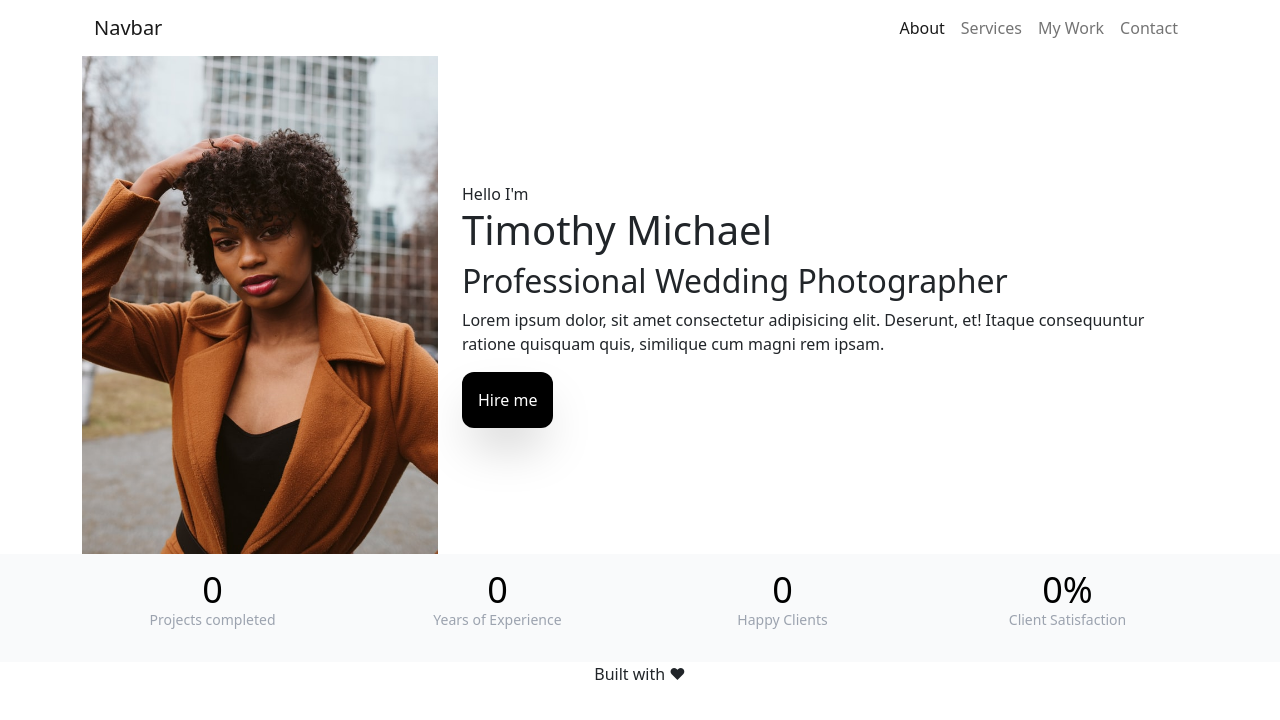
Repository: latenightsnacc/giggles
Page: HTML/freelancer.html
An editor plug-in stored every save of this project. The page is shown before and after the next save, followed by the edit.
The browser window is 1280 px wide. The pictures show the whole page.
Some web libraries are served in a nearby version.

Above is the page before, as saved 2021-01-03 15:06:36.

### HTML/freelancer.html
<!DOCTYPE html>
<html lang="en">
<head>
    <meta charset="UTF-8">
    <meta name="viewport" content="width=device-width, initial-scale=1.0">
    <link href="https://cdnjs.cloudflare.com/ajax/libs/tailwindcss/2.0.2/tailwind.min.css" rel="stylesheet">
    <link rel="stylesheet" href="https://stackpath.bootstrapcdn.com/font-awesome/4.7.0/css/font-awesome.min.css" />
    <link href="https://cdn.jsdelivr.net/npm/bootstrap@5.0.0-beta1/dist/css/bootstrap.min.css" rel="stylesheet" integrity="sha384-giJF6kkoqNQ00vy+HMDP7azOuL0xtbfIcaT9wjKHr8RbDVddVHyTfAAsrekwKmP1" crossorigin="anonymous">
    <title>Freelancer Page</title>
</head>
<body>
    <header class="container">
        <nav class="navbar navbar-expand-lg navbar-light bg-white">
            <div class="container-fluid">
              <a class="navbar-brand" href="#">Navbar</a>
              <button class="navbar-toggler" type="button" data-bs-toggle="collapse" data-bs-target="#navbarNavDropdown" aria-controls="navbarNavDropdown" aria-expanded="false" aria-label="Toggle navigation">
                <span class="navbar-toggler-icon"></span>
              </button>
              <div class="collapse navbar-collapse" id="navbarNavDropdown">
                <ul class="navbar-nav ml-auto">
                  <li class="nav-item">
                    <a class="nav-link active" aria-current="page" href="#">About</a>
                  </li>
                  <li class="nav-item">
                    <a class="nav-link" href="#">Services</a>
                  </li>
                  <li class="nav-item">
                    <a class="nav-link" href="#">My Work</a>
                  </li>
                  <li class="nav-item">
                    <a class="nav-link" href="#">Contact</a>
                  </li>
                  <!-- <li class="nav-item dropdown">
                    <a class="nav-link dropdown-toggle" href="#" id="navbarDropdownMenuLink" role="button" data-bs-toggle="dropdown" aria-expanded="false">
                      Dropdown link
                    </a>
                    <ul class="dropdown-menu" aria-labelledby="navbarDropdownMenuLink">
                      <li><a class="dropdown-item" href="#">Action</a></li>
                      <li><a class="dropdown-item" href="#">Another action</a></li>
                      <li><a class="dropdown-item" href="#">Something else here</a></li>
                    </ul>
                  </li> -->
                </ul>
              </div>
            </div>
        </nav>
    </header>
    <main>
        <div class="container">
            <div class="row flex items-center h-auto">
                <div class="col-sm-12 col-md-4 col-lg-4 col-xl-4">
                    <img src="assets/userDp.jpg" alt="Profile Picture">
                </div>
                <div class="col-sm-12 col-md-8 col-lg-8 col-xl-8">
                    <div class="user-info">
                        <span>Hello I'm</span>
                        <h1>Timothy Michael</h1>
                        <h2>Professional Wedding Photographer</h2>
                        <p>Lorem ipsum dolor, sit amet consectetur adipisicing elit. Deserunt, et! Itaque consequuntur ratione quisquam quis, similique cum magni rem ipsam.</p>
                        <button class="bg-black text-white p-3 semi-bold rounded-xl shadow-2xl">Hire me</button>
                    </div>
                </div>
            </div>
        </div>
        <!--User Statisitics-->
        <div class="stats w-full bg-gray-50 flex items-center h-auto py-3">
            <div class="container">
                <div class="row">
                    <div class="stat-box col text-center">
                        <div class="bold text-4xl text-black">0</div>
                        <p class="text-sm text-gray-400">Projects completed</p>

                    </div>
                    <div class="stat-box col text-center">
                        <div class="bold text-4xl text-black">0</div>
                        <p class="text-sm text-gray-400">Years of Experience</p>
                    </div>
                    <div class="stat-box col text-center">
                        <div class="bold text-4xl text-black">0</div>
                        <p class="text-sm text-gray-400">Happy Clients</p>
                    </div>
                    <div class="stat-box col text-center">
                        <div class="bold text-4xl text-black">0%</div>
                        <p class="text-sm text-gray-400">Client Satisfaction</p>
                    </div>
                </div>
            </div>
        </div>
    </main>
    <footer class="text-center">Built with &hearts; </footer>
    <script src="https://cdn.jsdelivr.net/npm/bootstrap@5.0.0-beta1/dist/js/bootstrap.bundle.min.js" integrity="sha384-ygbV9kiqUc6oa4msXn9868pTtWMgiQaeYH7/t7LECLbyPA2x65Kgf80OJFdroafW" crossorigin="anonymous"></script>

</body>
</html>

After the next save:
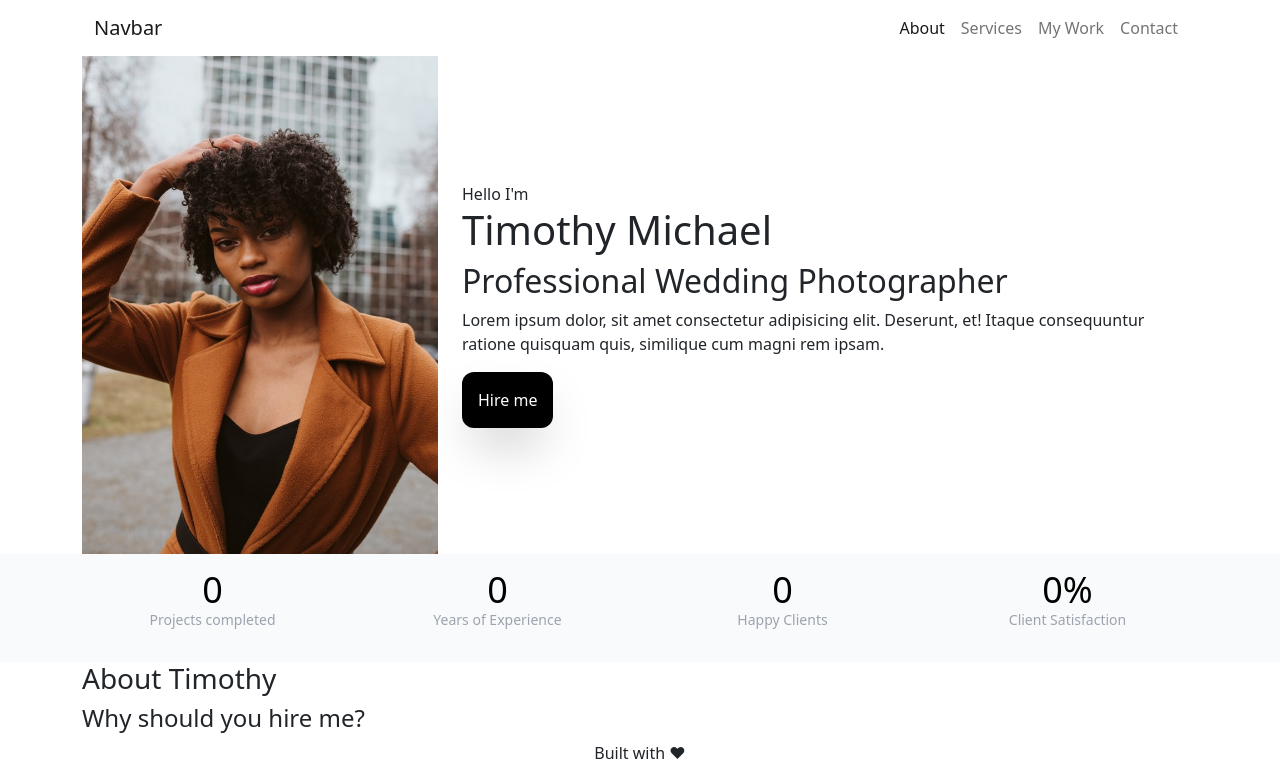
Saved 117 s later.
--- a/HTML/freelancer.html
+++ b/HTML/freelancer.html
@@ -46,6 +46,7 @@
         </nav>
     </header>
     <main>
+        <!--User Banner-->
         <div class="container">
             <div class="row flex items-center h-auto">
                 <div class="col-sm-12 col-md-4 col-lg-4 col-xl-4">
@@ -86,6 +87,16 @@
                 </div>
             </div>
         </div>
+        <!--About User-->
+        <div class="container">
+            <div class="row">
+                <div class="col-sm-12 col-md-6 col-lg-4 col-xl-4">
+                    <h3>About Timothy</h3>
+                    <h4>Why should you hire me?</h4>
+                </div>
+                <div class="col-sm-12 col-md-6 col-lg-8 col-xl-8"></div>
+            </div>
+        </div>
     </main>
     <footer class="text-center">Built with &hearts; </footer>
     <script src="https://cdn.jsdelivr.net/npm/bootstrap@5.0.0-beta1/dist/js/bootstrap.bundle.min.js" integrity="sha384-ygbV9kiqUc6oa4msXn9868pTtWMgiQaeYH7/t7LECLbyPA2x65Kgf80OJFdroafW" crossorigin="anonymous"></script>
